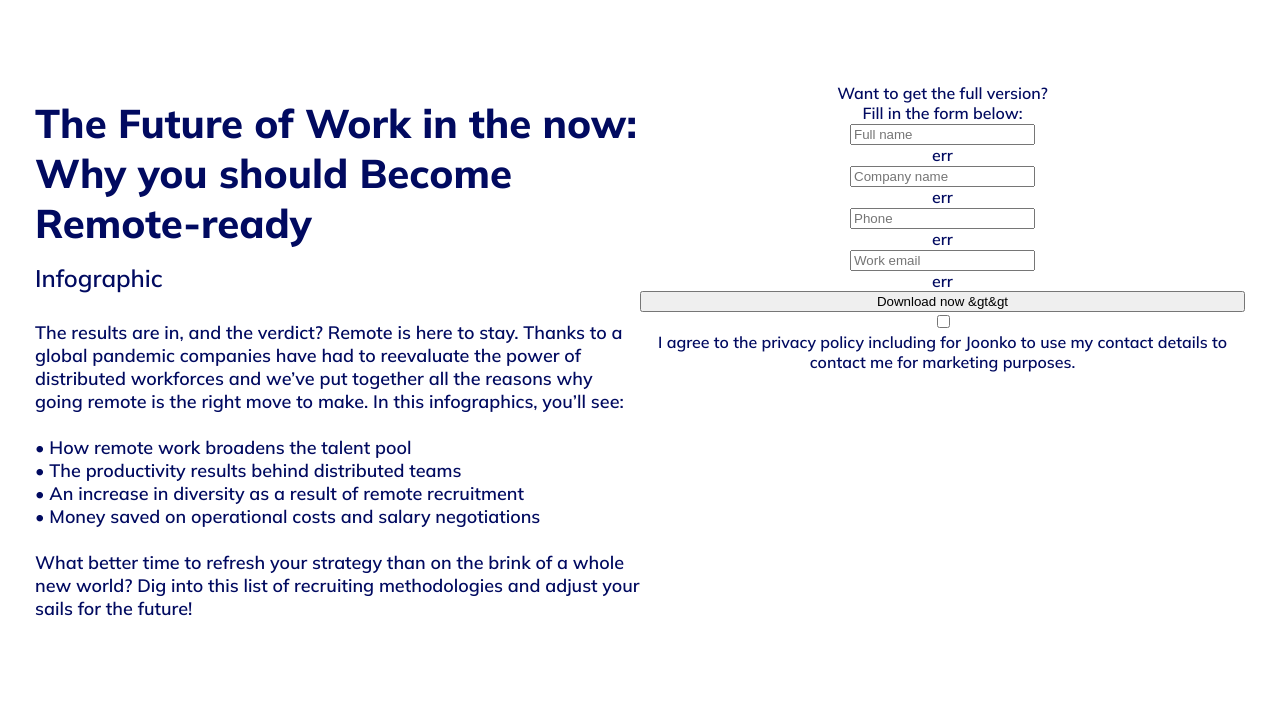
Repository: zivmorad/joonko-form
Page: /
These files come from the project's save history. The page is drawn as it stood at one moment and after a run of saves; the edit follows.
The browser window is 1280 px wide. The pictures show the whole page.
The project was rebuilt for these pictures with package versions that can differ from the ones it lists, and the page was loaded fresh each time.

Above is the page before, as saved 2021-08-03 11:14:25.

### public/index.html
<!DOCTYPE html>
<html lang="en">
	<head>
		<style>
			@import url('https://fonts.googleapis.com/css2?family=Mulish:wght@600;800&display=swap');
		</style>
		<meta charset="utf-8" />
		<meta name="viewport" content="width=device-width, initial-scale=1" />
		<meta name="theme-color" content="#000000" />
		<title>React App</title>
	</head>
	<body>
		<div id="root"></div>
	</body>
</html>

### src/App.js
import React from 'react';

import './App.scss';

const App = () => {
	return (
		<div className="main-page-wrapper center-page">
			<div className="app-wrapper row">
				<div className="details-wrapper column">
					<div className="title bold">The Future of Work in the now: Why you should Become Remote-ready</div>
					<div className="sub-title">Infographic</div>
					<p className="details-text">
						The results are in, and the verdict? Remote is here to stay. Thanks to a global pandemic companies have had
						to reevaluate the power of distributed workforces and we’ve put together all the reasons why going remote is
						the right move to make. In this infographics, you’ll see:
						<br />
						<br />
						• How remote work broadens the talent pool
						<br />
						• The productivity results behind distributed teams
						<br />• An increase in diversity as a result of remote recruitment
						<br /> • Money saved on operational costs and salary negotiations
						<br />
						<br /> What better time to refresh your strategy than on the brink of a whole new world? Dig into this list
						of recruiting methodologies and adjust your sails for the future!
					</p>
				</div>
				<div className="form-section column">
					<div className="form-card column">
						<form className="form-wrapper column" onSubmit={() => console.log('submit')}>
							<div className="form-title">Want to get the full version?</div>
							<div className="form-sub-title">Fill in the form below:</div>
							<div className="input-wrapper">
								<input type="text" placeholder="Full name" className="form-input" />
								<div className="error">err</div>
							</div>
							<div className="input-wrapper">
								<input type="text" placeholder="Company name" className="form-input" />
								<div className="error">err</div>
							</div>
							<div className="input-wrapper">
								<input type="number" placeholder="Phone" className="form-input" />
								<div className="error">err</div>
							</div>
							<div className="input-wrapper">
								<input type="text" placeholder="Work email" className="form-input" />
								<div className="error">err</div>
							</div>

							<button type="submit" className="form-btn">
								Download now &gt&gt
							</button>

							<div className="checkbox-input-wrapper">
								<input type="checkbox" className="checkbox-input" />
								<div className="check-box-text">
									I agree to the privacy policy including for Joonko to use my contact details to contact me for
									marketing purposes.
								</div>
							</div>
						</form>
					</div>
				</div>
			</div>
		</div>
	);
};

export default App;

### src/App.scss
html {
	height: 100%;
	width: 100%;
}
#root {
	height: 100%;
	width: 100%;
}
body {
	margin: 0;
	padding: 0;
	font-size: 16px;
	font-family: 'Mulish', sans-serif;
	height: 100%;
	width: 100%;
}

.row {
	display: flex;
	flex-direction: row;
}

.column {
	display: flex;
	flex-direction: column;
}

.center-page {
	display: flex;
	flex-direction: column;
	align-items: center;
	text-align: center;
}

.bold {
	font-weight: bold;
}

.main-page-wrapper {
	width: 100%;
	height: 100%;
	justify-content: center;
	color: #010a60;
	.app-wrapper {
		padding: 35px;
		justify-content: space-between;
		.details-wrapper {
			width: 50%;
			text-align: left;
			.title {
				font-size: 40px;
				margin: 15px 0px;
			}
			.sub-title {
				font-size: 24px;
				margin-bottom: 10px;
			}
			.details-text {
				font-size: 18px;
			}
		}
		.form-section {
			width: 50%;
		}
	}
}

Loaded but not shown: src/index.js (common file)

After the next 2 saves:
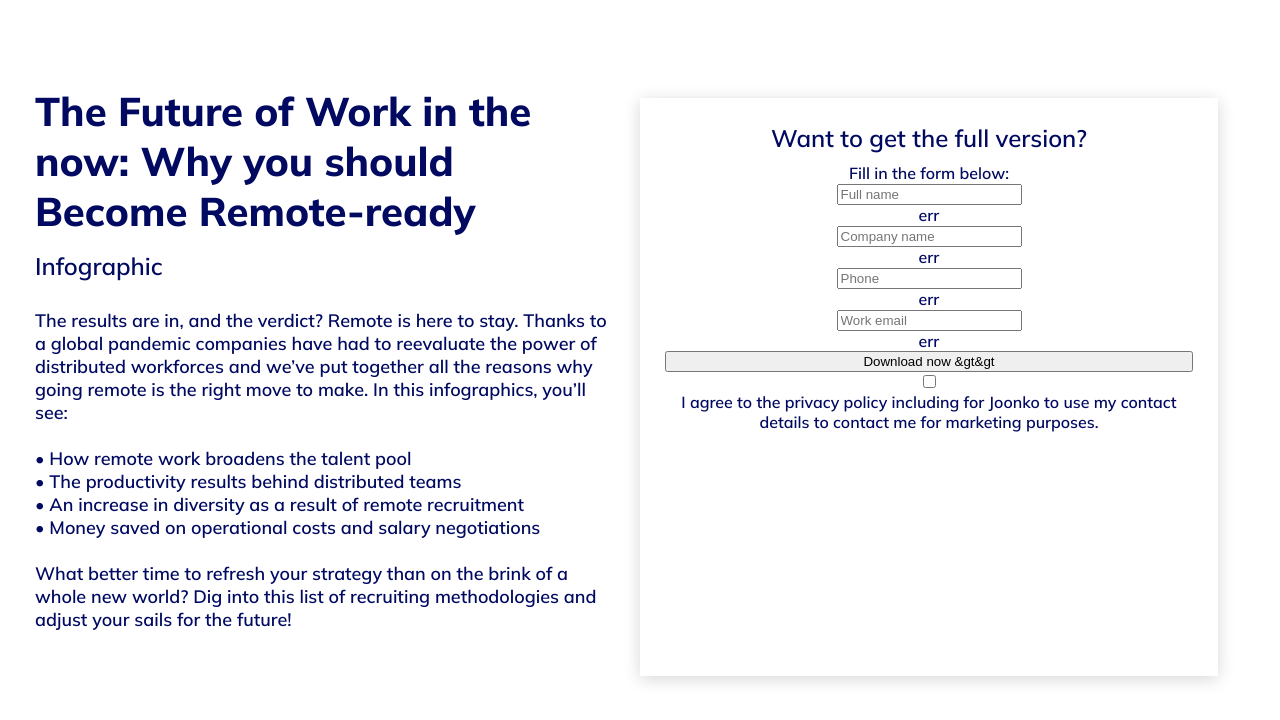
The 2 saves are shown as one change because 1 did not build or start.
The last was saved 10 min 26 s later.
--- a/src/App.scss
+++ b/src/App.scss
@@ -44,6 +44,7 @@ body {
 	.app-wrapper {
 		padding: 35px;
 		justify-content: space-between;
+		max-height: 673px;
 		.details-wrapper {
 			width: 50%;
 			text-align: left;
@@ -61,6 +62,37 @@ body {
 		}
 		.form-section {
 			width: 50%;
+			padding: 27px;
+			height: 100%;
+			.form-card {
+				box-shadow: 0px 3px 16px #00000029;
+				padding: 25px;
+				height: 100%;
+				.form-wrapper {
+					.form-title {
+						font-size: 24px;
+						margin-bottom: 10px;
+						.form-sub-title {
+							margin-bottom: 20px;
+							font-size: 18px;
+						}
+						.input-wrapper {
+							text-align: left;
+							margin: 10px 10px;
+							.form-input {
+								border: none;
+								width: 90%;
+								border-bottom: 1px solid #010a60;
+							}
+							.error {
+								color: #ed6982;
+								font-size: 12px;
+								height: 15px;
+							}
+						}
+					}
+				}
+			}
 		}
 	}
 }
